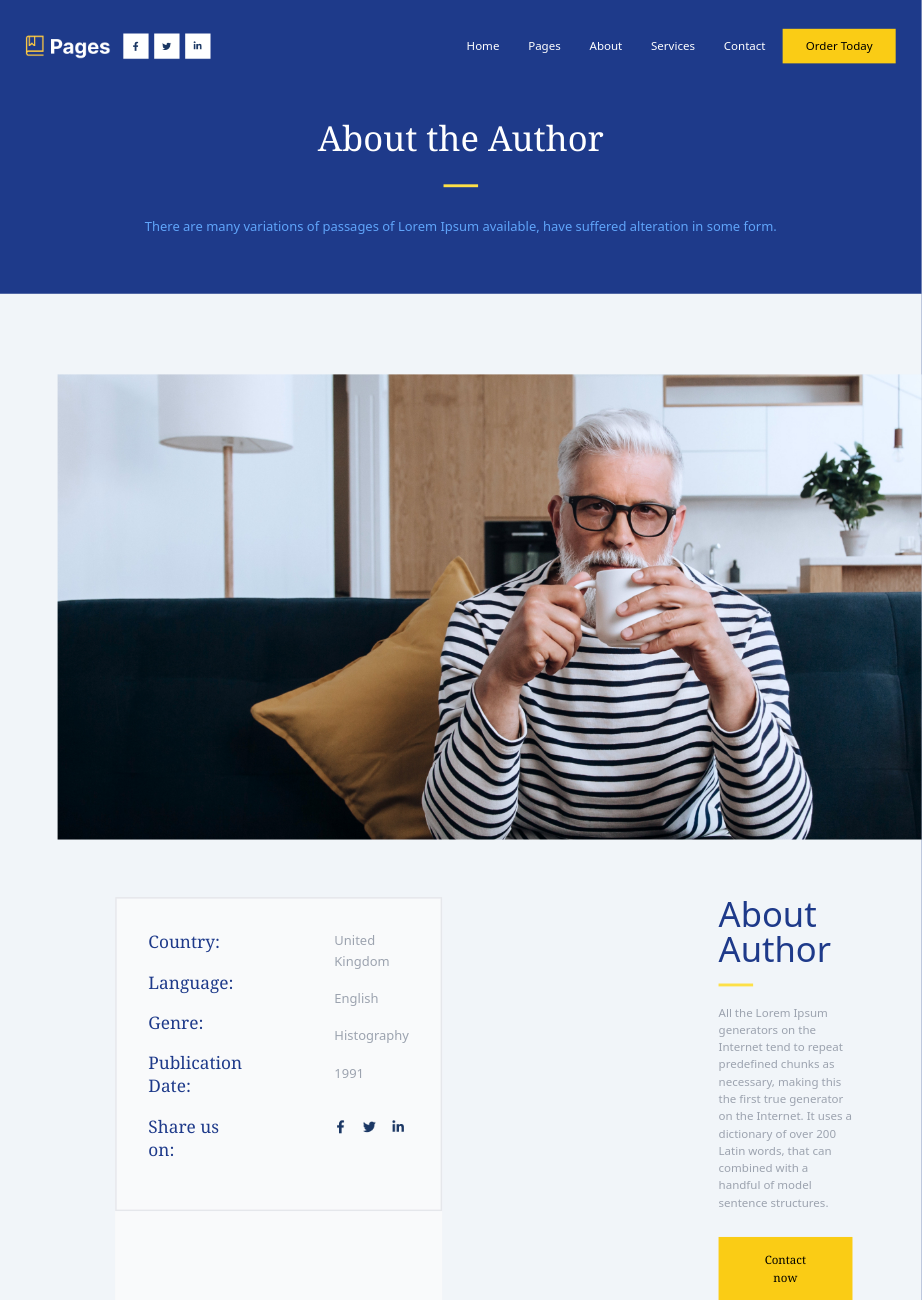
Repository: Godnorg/Class3
Page: index.html
These files come from the project's save history. The page is drawn as it stood at one moment and after the next save; the edit follows.
The browser window is 1280 px wide. The pictures show the whole page, at 72% of full size.
Some web libraries are served in a nearby version.

Above is the page before, as saved 2023-02-20 03:20:17.

After the next save:
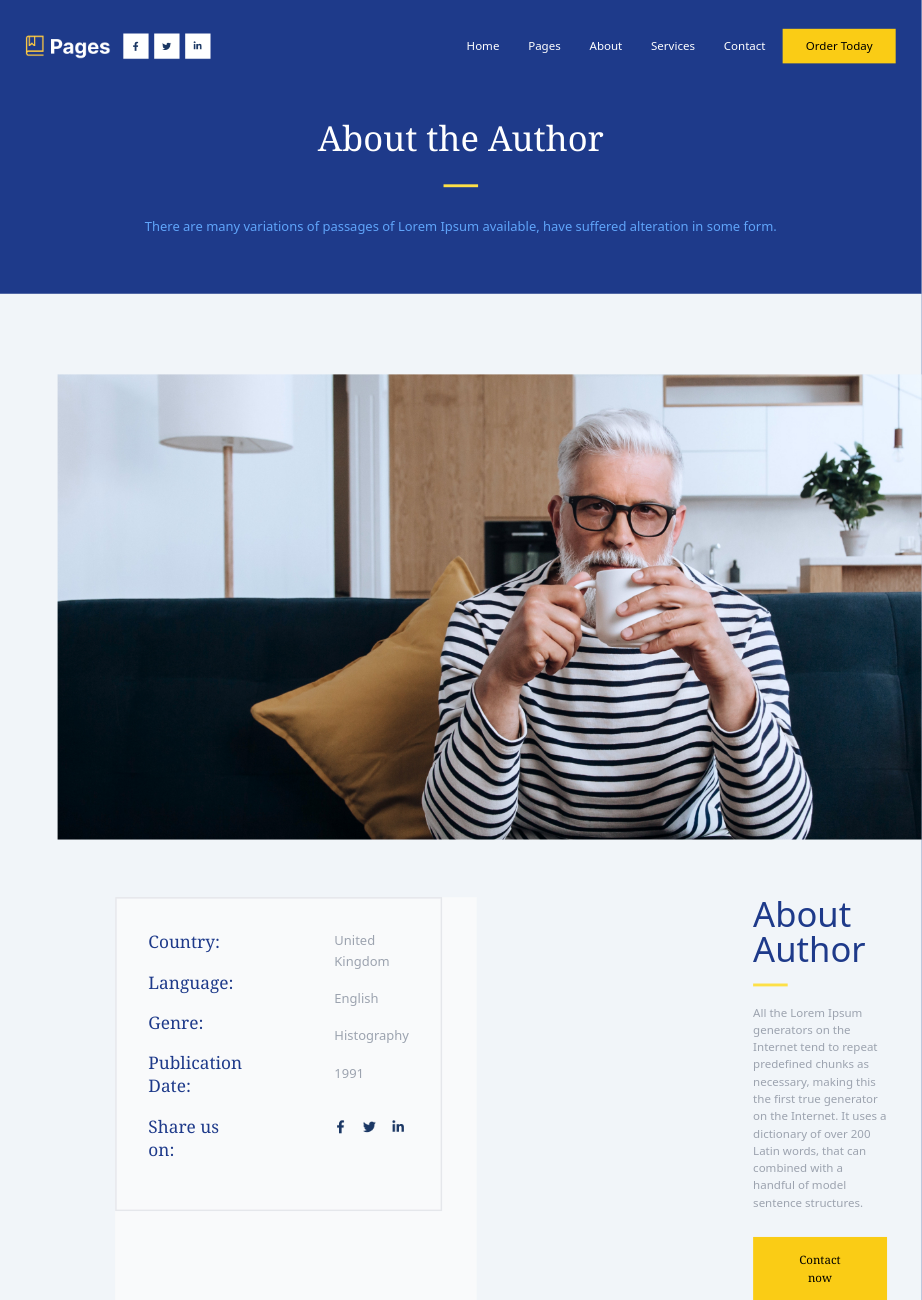
Saved 17 s later.
--- a/index.html
+++ b/index.html
@@ -37,7 +37,7 @@
         <img src="./oldman2.jpg">
         </div>
         <div class="flex max-w-lg">
-        <div class="max-w-xl ml-40 mr-96 pr- bg-gray-50">
+        <div class="max-w-xl pr-12 ml-40 mr-96 bg-gray-50">
             <div class="flex mt-0 border-2 pt-11 px-11 pb-11">
                 <div class="pr-32">
                 <h2 class="flex pb-6 font-serif text-2xl font-medium text-blue-900">Country:</h2>

After the save that followed:
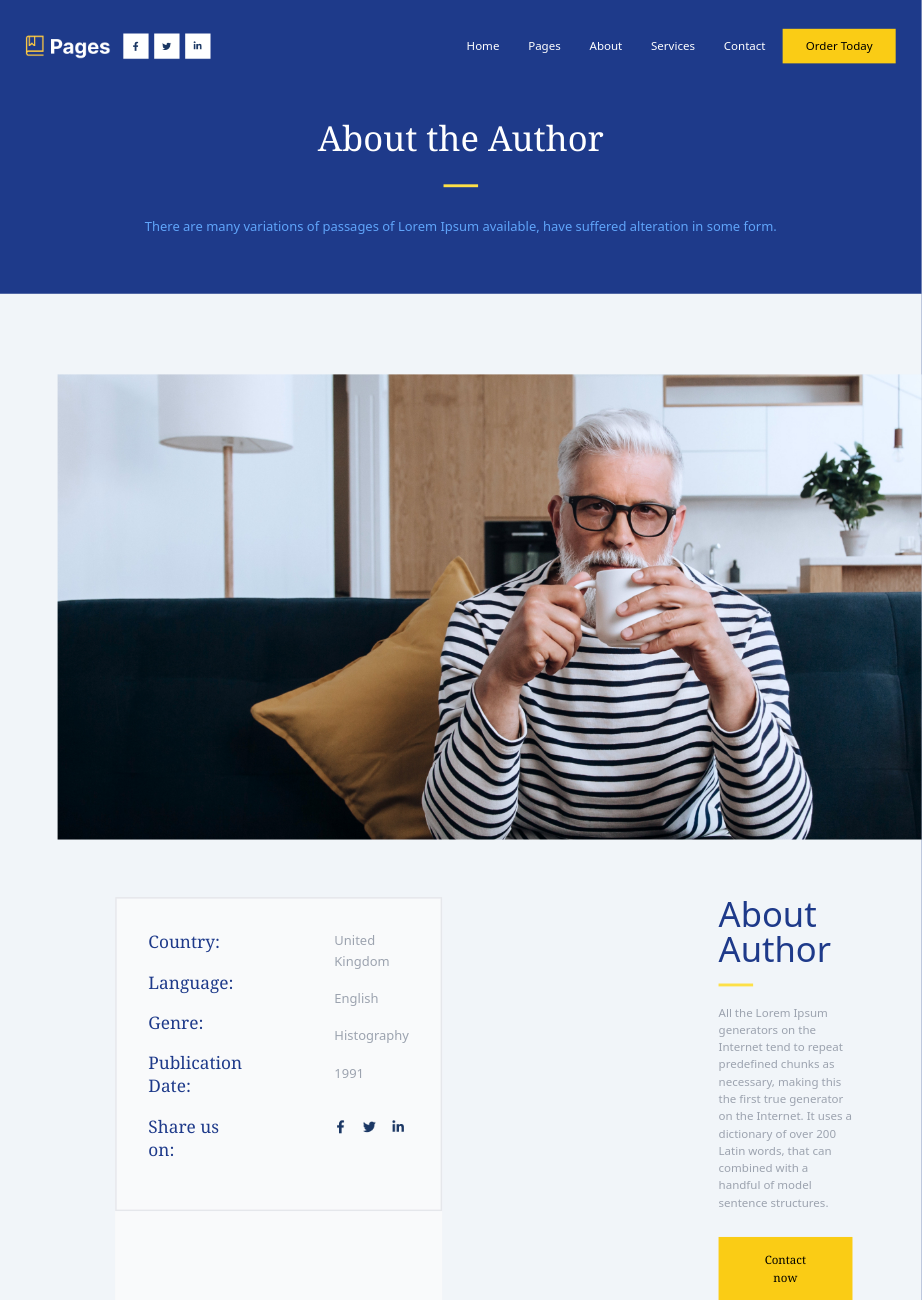
Saved 9 s later.
--- a/index.html
+++ b/index.html
@@ -37,7 +37,7 @@
         <img src="./oldman2.jpg">
         </div>
         <div class="flex max-w-lg">
-        <div class="max-w-xl pr-12 ml-40 mr-96 bg-gray-50">
+        <div class="max-w-xl pb-12 ml-40 mr-96 bg-gray-50">
             <div class="flex mt-0 border-2 pt-11 px-11 pb-11">
                 <div class="pr-32">
                 <h2 class="flex pb-6 font-serif text-2xl font-medium text-blue-900">Country:</h2>
